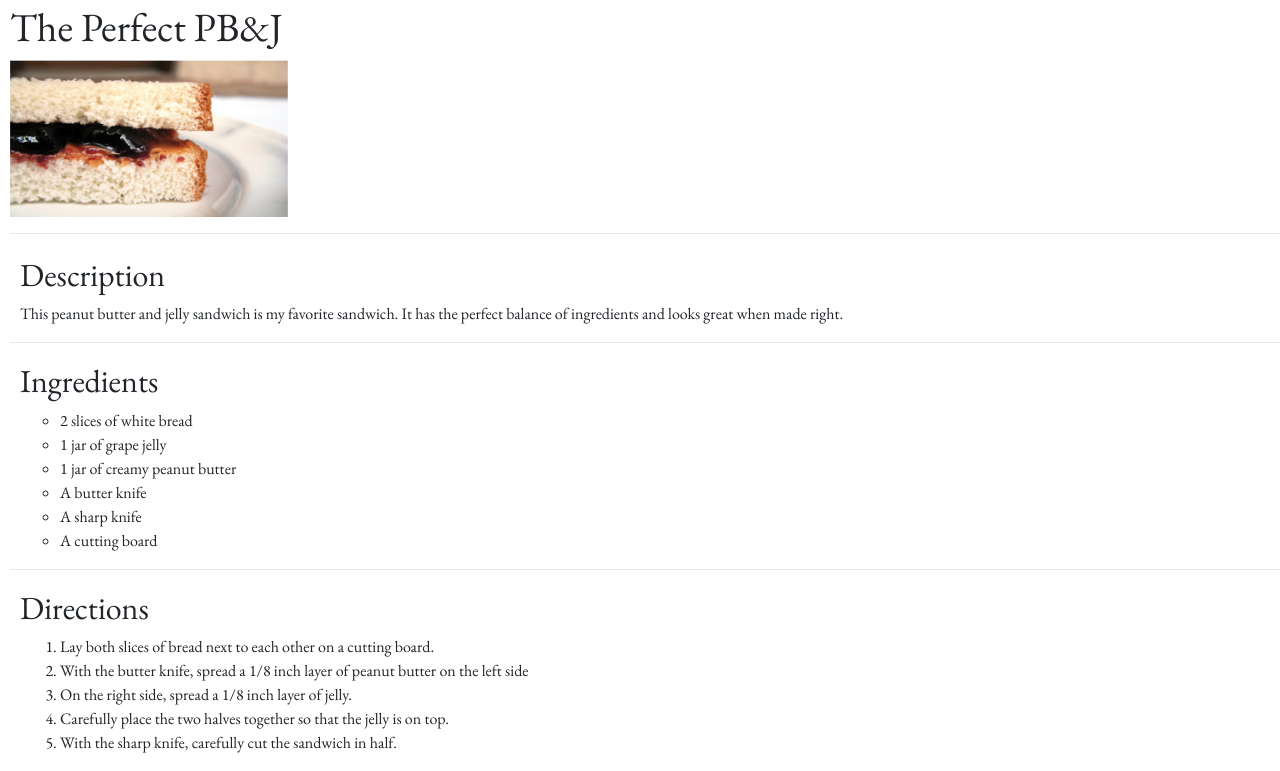
Repository: 9-5-pursuit/lab-intro-to-html
Page: recipe.html
These files come from the project's save history. The page is drawn as it stood at one moment and after a run of saves; the edit follows.
The browser window is 1280 px wide. The pictures show the whole page.

Above is the page before, as saved 2023-02-28 09:32:28.

After the next 4 saves:
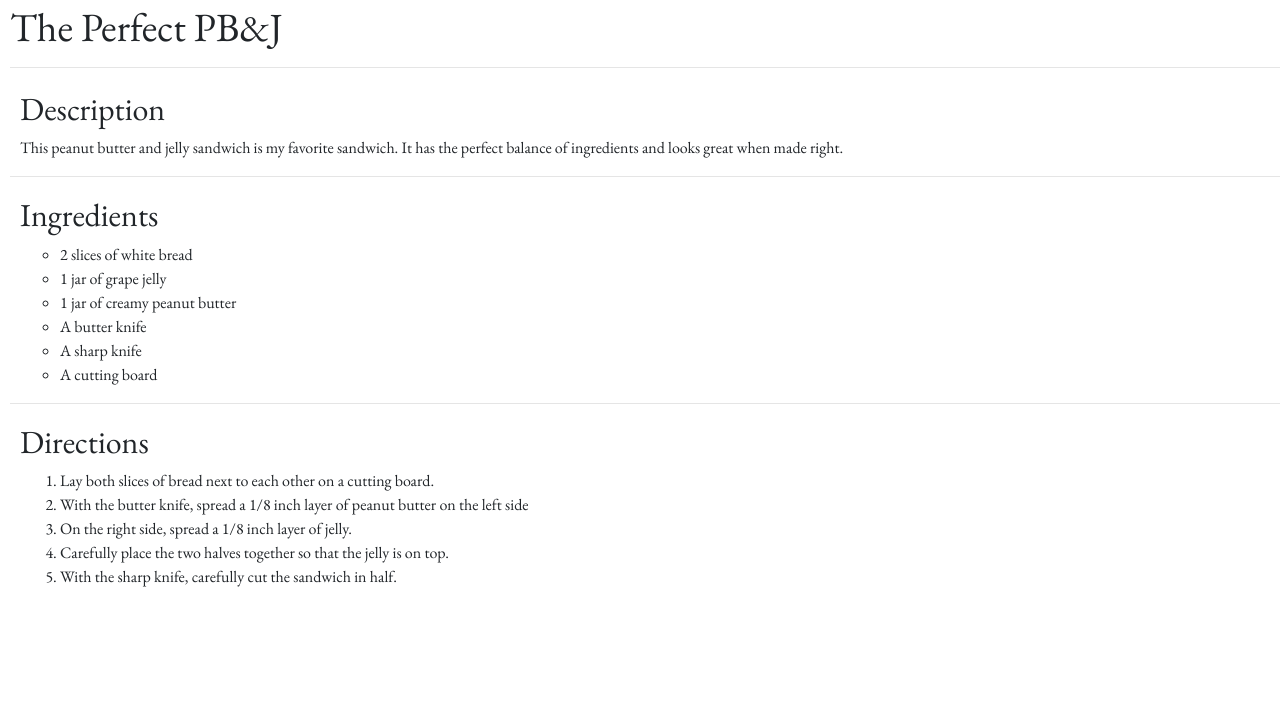
The 4 saves are shown as one change because they came seconds apart.
The last was saved 19 s later.
--- a/recipe.html
+++ b/recipe.html
@@ -31,9 +31,7 @@
   <body>
     <div id="header-inner" class="header-inner">
       <h1>The Perfect PB&J</h1>
-      <picure>
-
-        <img
+      <picure        <img
         src="images/pbjSandwich.png"
         class="img-fluid"
         alt="a close-up image of a peanut butter and jelly sandwich"

After the 5 saves that followed:
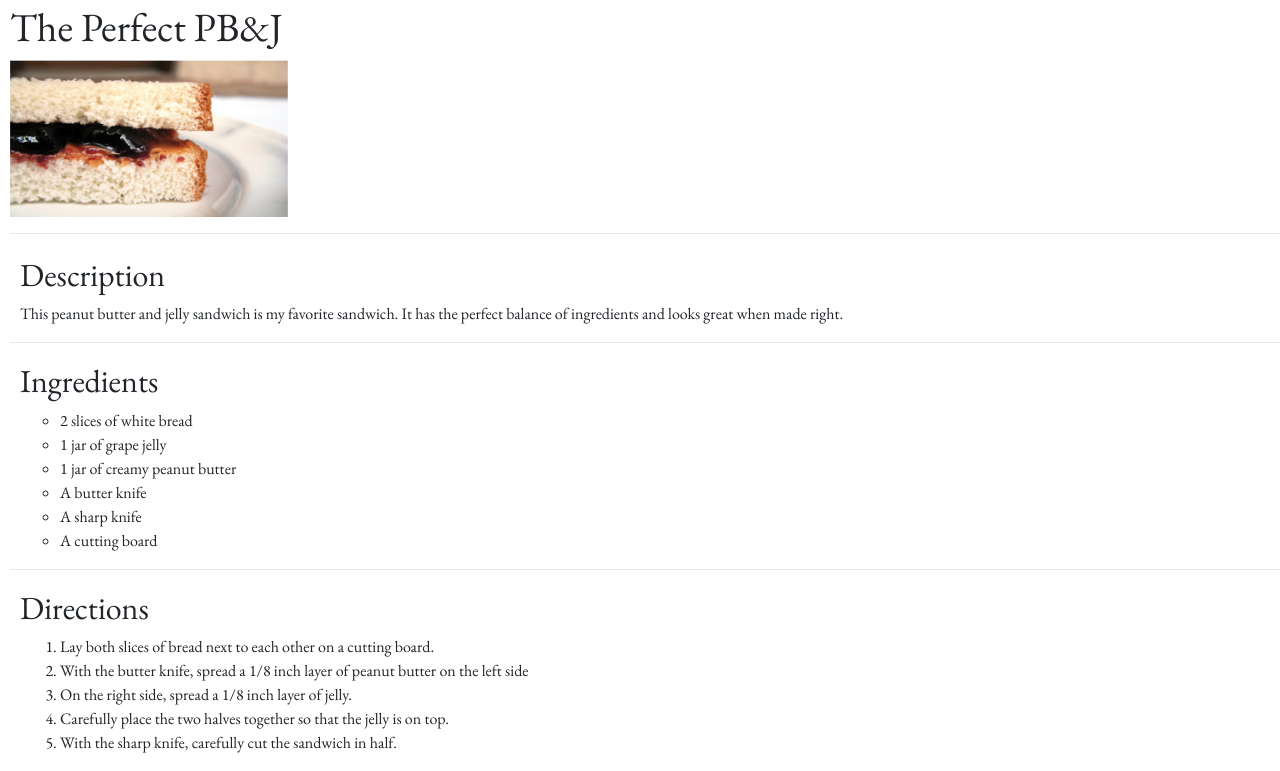
The 5 saves are shown as one change because 2 left the picture as it was and some came seconds apart.
The last was saved 17 s later.
--- a/recipe.html
+++ b/recipe.html
@@ -31,7 +31,8 @@
   <body>
     <div id="header-inner" class="header-inner">
       <h1>The Perfect PB&J</h1>
-      <picure        <img
+      <picture></picture>
+      <img
         src="images/pbjSandwich.png"
         class="img-fluid"
         alt="a close-up image of a peanut butter and jelly sandwich"
